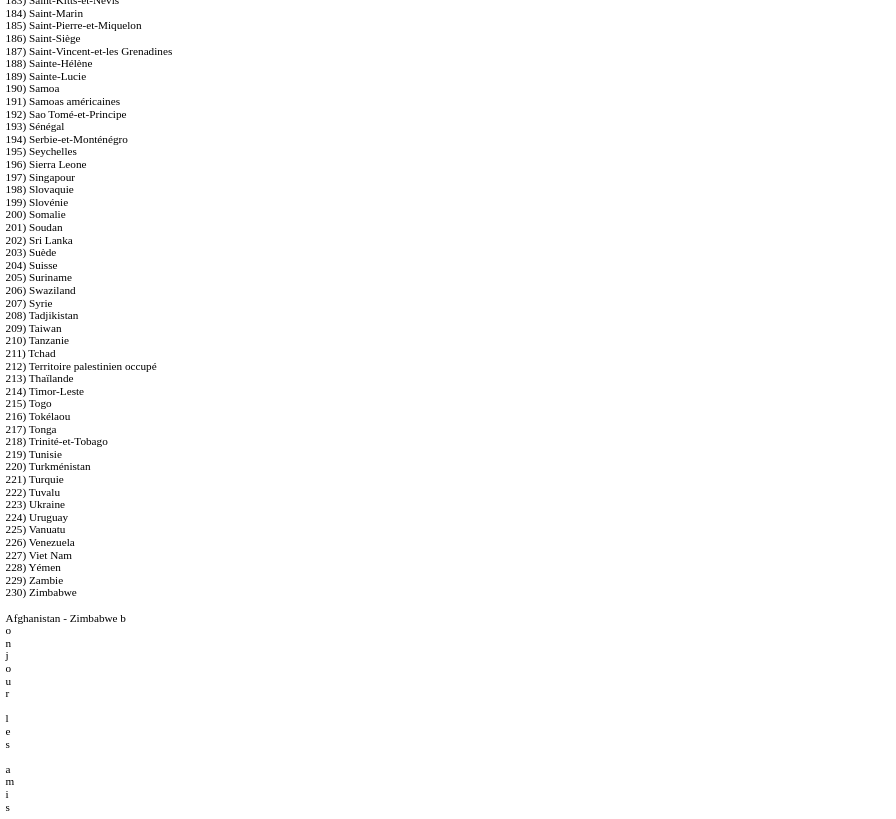
Repository: QuentinFayt/base-php-2021
Page: http://localhost/07-for-sur-tableau.php
The author's editor kept a copy of each file at every save. The page is drawn from the files as they stood at one save, then again after the next save.
The browser window is 1280 px wide. The pictures show the part of the page from y = 3350 to 5270 px (the page is 4520 px tall before and 5270 px after), at 70% of full size.
The page is run by PHP 8.4 with error messages shown; the project is at /var/www/html/.

Above is the page before, as saved 2021-07-08 14:48:07.

After the next save:
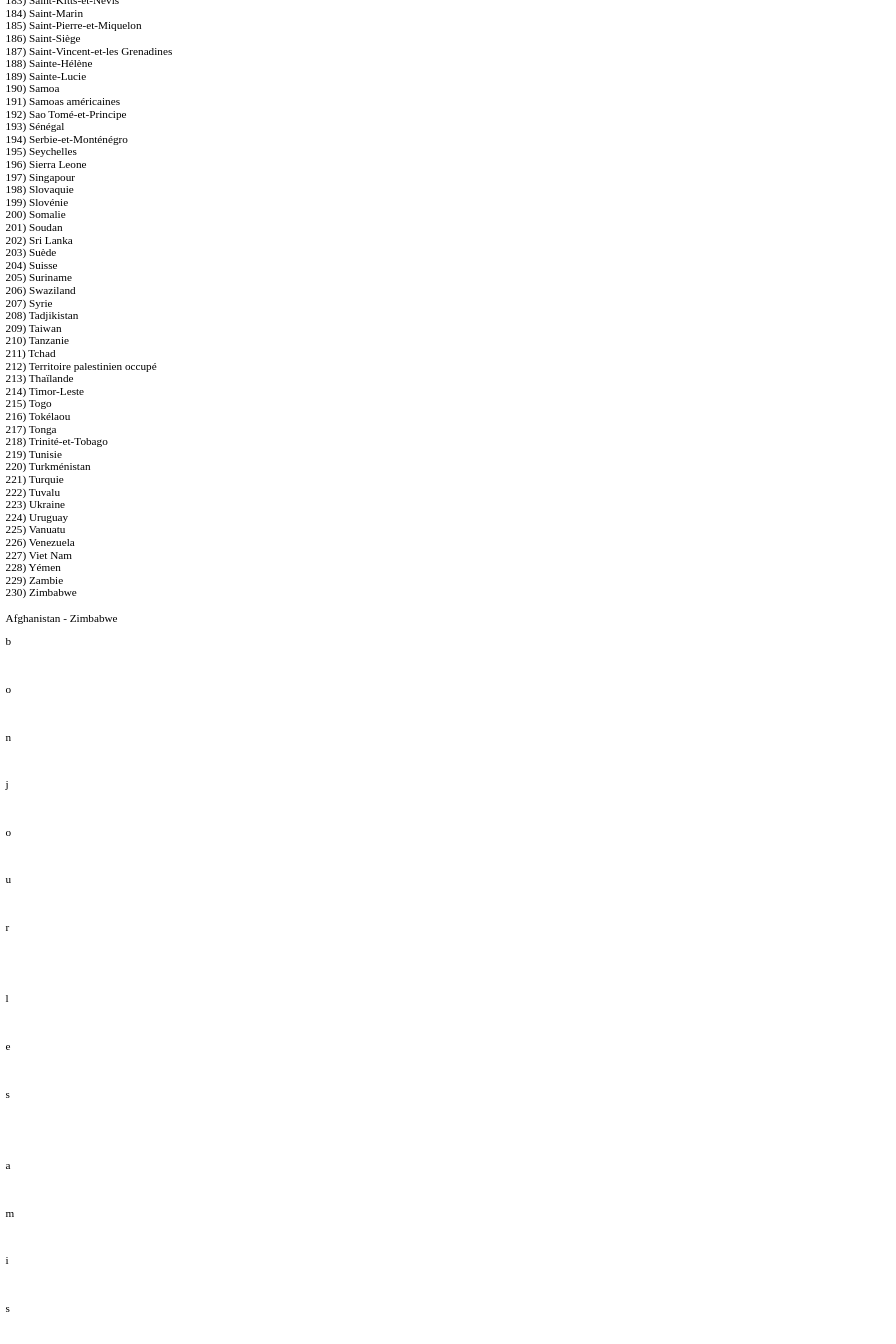
Saved 21 s later.
--- a/07-for-sur-tableau.php
+++ b/07-for-sur-tableau.php
@@ -25,5 +25,5 @@
 $nbString = strlen($string);
 
 for($i=0; $i<$nbString;$i++){
-    echo "$string[$i]<br/>";
+    echo "<p>$string[$i]</p><br/>";
 }
